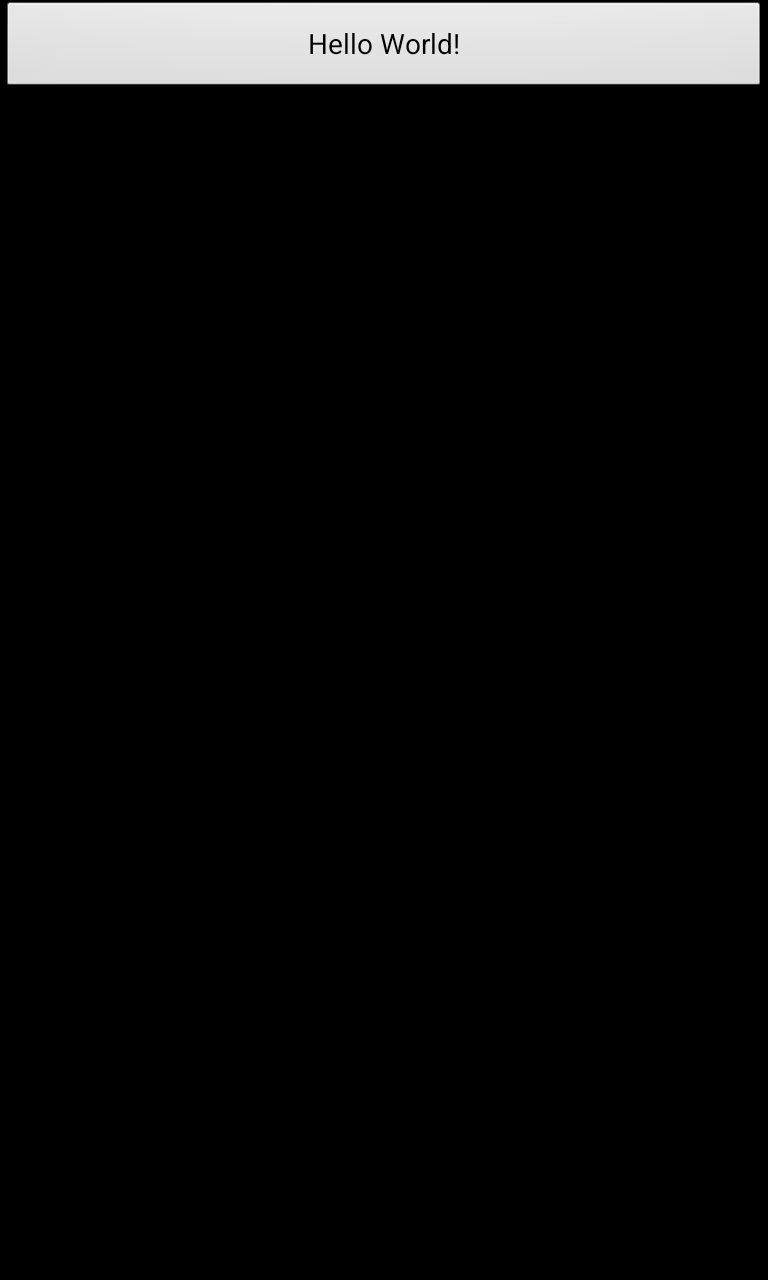
Repository: cogitovsmachina/Curso-Android-en-ITAM
Layout: HolaAndroid/res/layout/main.xml
These files come from the project's save history. The layout is drawn as it stood at one moment and after a run of saves; the edit follows.
It is drawn on a 768 x 1280 px phone screen (xhdpi) without system bars, with theme android:Theme; the app's code is not run.

Above is the layout before, as saved 2011-07-04 15:24:48.

### HolaAndroid/res/layout/main.xml
<?xml version="1.0" encoding="utf-8"?>
<LinearLayout xmlns:android="http://schemas.android.com/apk/res/android"
    android:orientation="vertical"
    android:layout_width="fill_parent"
    android:layout_height="fill_parent"
    >
<Button
    android:layout_width="fill_parent"
    android:layout_height="wrap_content"
    android:text="@string/hello"
    />
</LinearLayout>

### HolaAndroid/res/values/strings.xml
<?xml version="1.0" encoding="utf-8"?>
<resources>
    <string name="hello">Hello World!</string>
    <string name="app_name">HolaAndroid</string>
</resources>

After the next 2 saves:
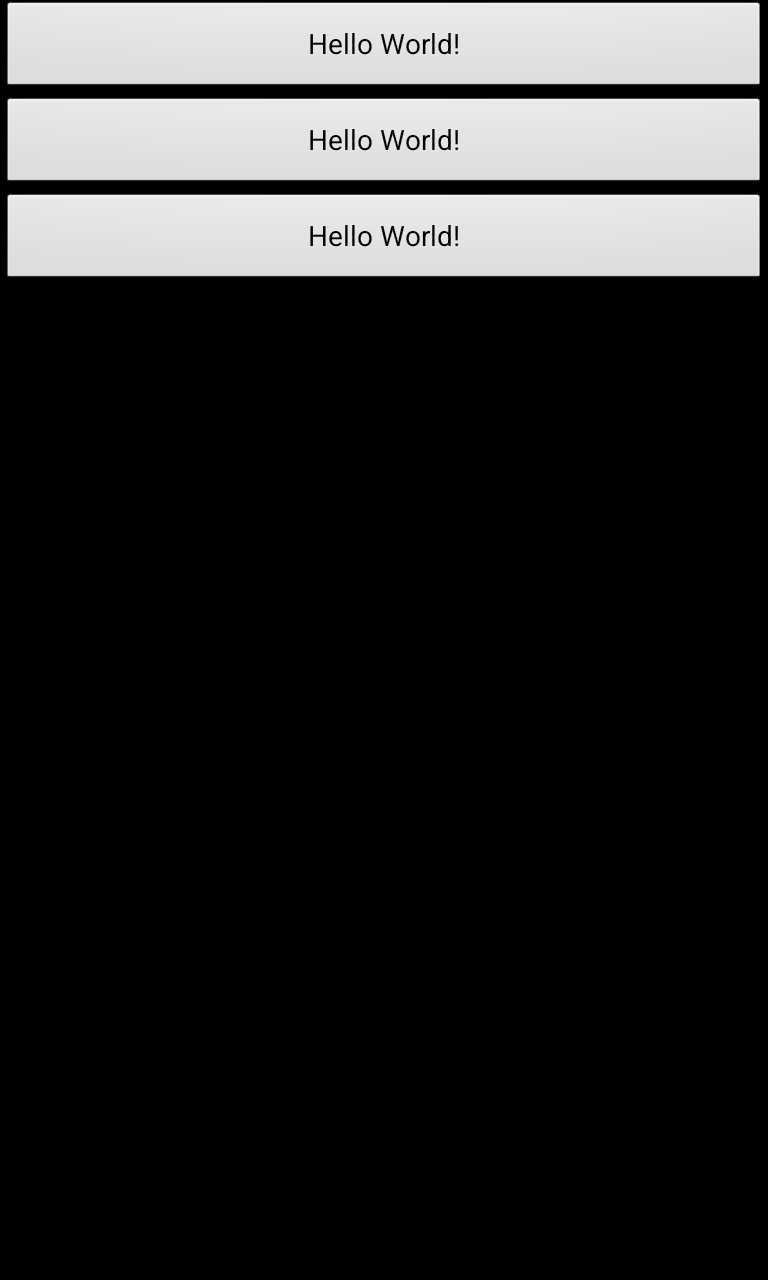
The 2 saves are shown as one change because they came seconds apart.
The last was saved 6 s later.
--- a/HolaAndroid/res/layout/main.xml
+++ b/HolaAndroid/res/layout/main.xml
@@ -9,4 +9,14 @@
     android:layout_height="wrap_content"
     android:text="@string/hello"
     />
+    <Button
+    android:layout_width="fill_parent"
+    android:layout_height="wrap_content"
+    android:text="@string/hello"
+    />
+    <Button
+    android:layout_width="fill_parent"
+    android:layout_height="wrap_content"
+    android:text="@string/hello"
+    />
 </LinearLayout>
